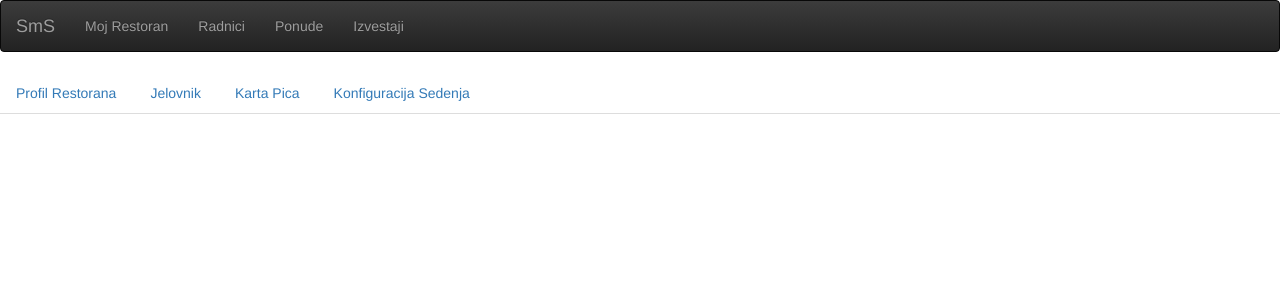
Repository: milanadam94/ISA-2016
Page: jpa-example/src/main/webapp/RestaurantManager/RestaurantManager.html
An editor plug-in stored every save of this project. The page is shown before and after the next save, followed by the edit.
The browser window is 1280 px wide. The pictures show the whole page.
The page's requests for data from a server got no answer. Some web libraries are served in a nearby version.

Above is the page before, as saved 2017-03-01 08:07:59.

After the next save:
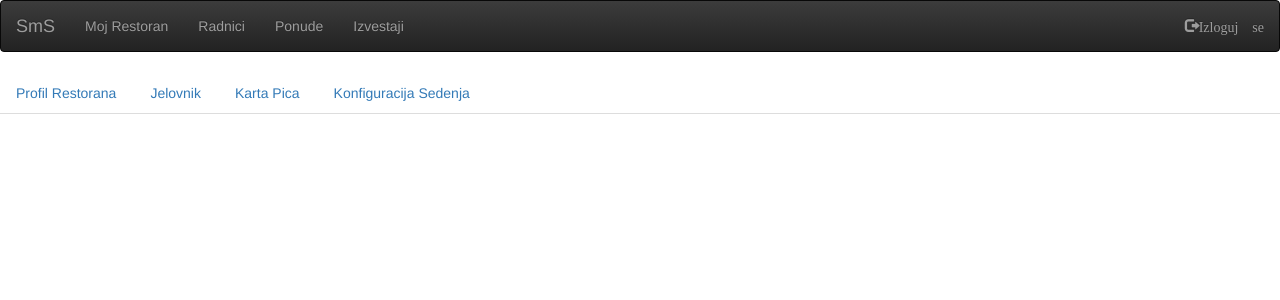
Saved 115 s later.
--- a/jpa-example/src/main/webapp/RestaurantManager/RestaurantManager.html
+++ b/jpa-example/src/main/webapp/RestaurantManager/RestaurantManager.html
@@ -44,6 +44,10 @@
 			<li><a href="RestaurantManagerOfferers.html">Ponude</a></li>
 			<li><a href="RestourantManagerReport.html">Izvestaji</a></li>
 		</ul>
+		<ul class="nav navbar-nav navbar-right">
+			<li><a href="#"><span class="glyphicon glyphicon-log-out">Izloguj se </span> </a>
+		</ul>
+
 		</div>
 	</nav>
 
